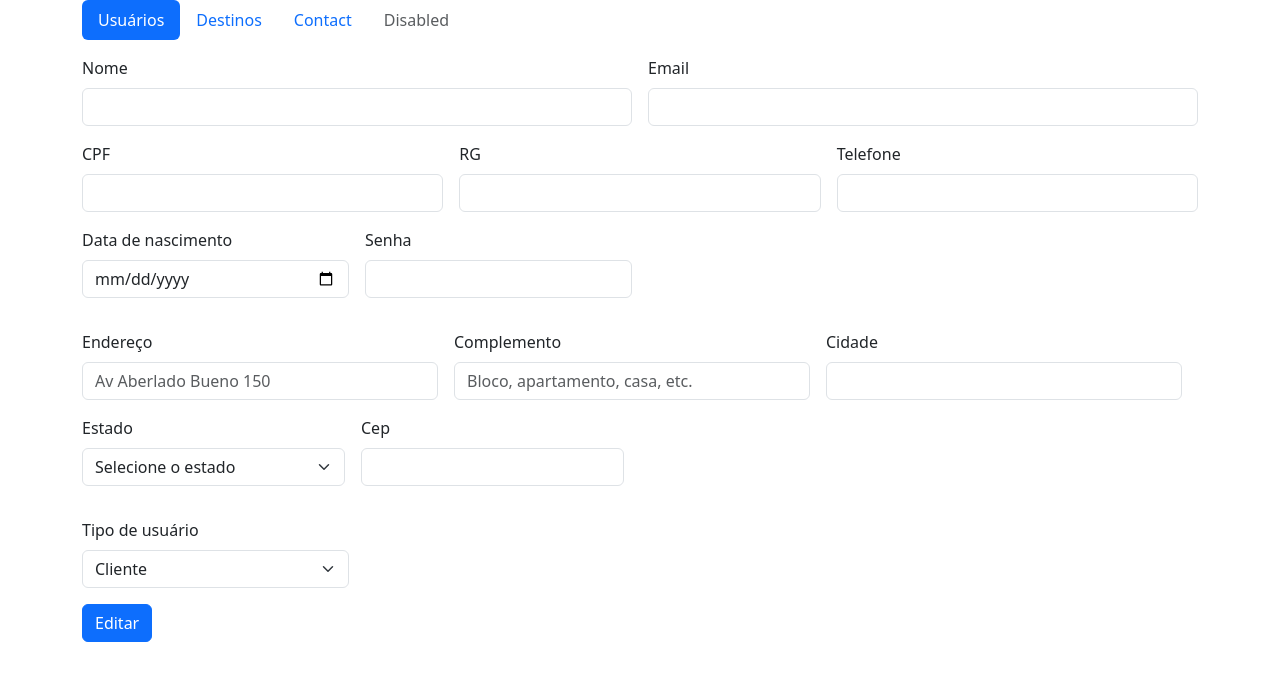
Repository: MaiconNunes315/Entrega_Recode_4
Page: http://localhost/Valonge/usuario/editarUsuario.jsp
These files come from the project's save history. The page is drawn as it stood at one moment and after the next save; the edit follows.
The browser window is 1280 px wide. The pictures show the whole page.
The page is served by Tomcat 9. The template is opened directly, without the code that normally fills it, so the values that code supplies are empty.

Above is the page before, as saved 2023-11-05 11:07:20.

After the next save:
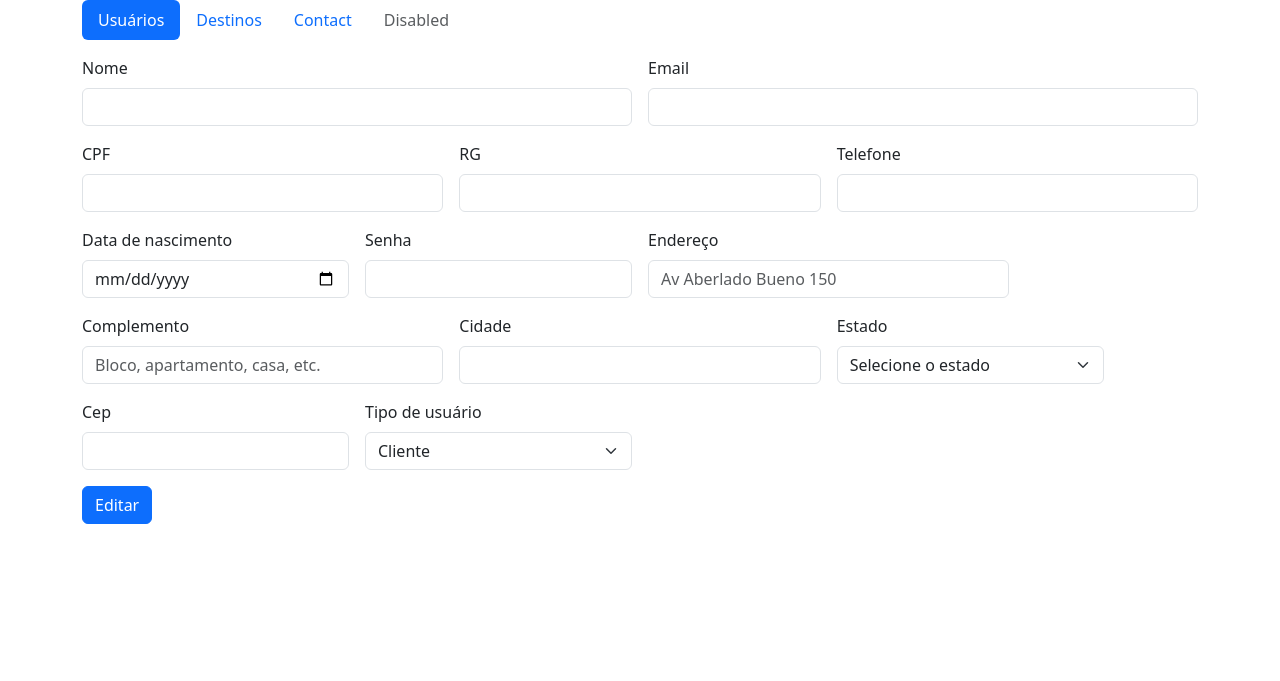
Saved 44 s later.
--- a/Valonge/src/main/webapp/usuario/editarUsuario.jsp
+++ b/Valonge/src/main/webapp/usuario/editarUsuario.jsp
@@ -74,7 +74,7 @@
 				type="password" class="form-control" id="inputSenha"
 				name="inputSenha" value="${users.getSenha()}">
 		</div>
-		<address class="row g-3">
+
 			<div class="col-4">
 				<label for="inputEndereco" class="form-label">Endereço</label> <input
 					type="text" class="form-control" id="inputEndereco"
@@ -105,7 +105,7 @@
 				<label for="inputCep" class="form-label">Cep</label> <input
 					type="text" class="form-control" id="inputCep" name="inputCep">
 			</div>
-		</address>
+
 		<div class="col-md-3">
 			<label for="inputUsuario" class="form-label">Tipo de usuário</label>
 			<select id="inputUsuario" class="form-select" name="inputUsuario">
